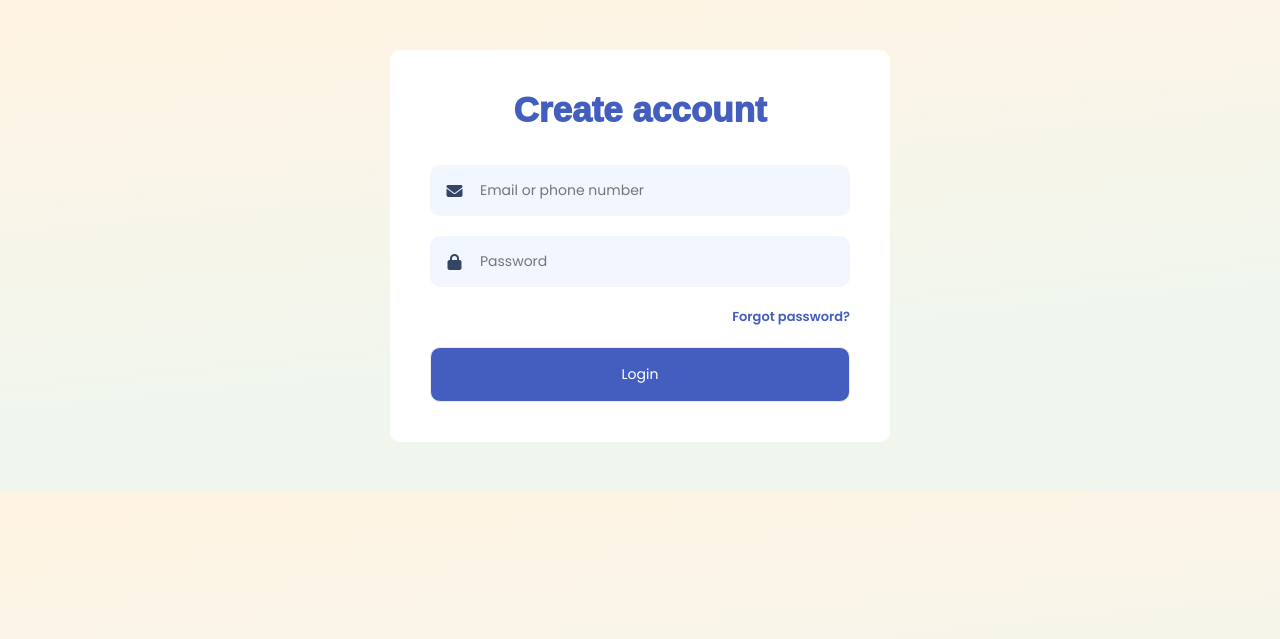
Repository: VuTuanAnh0949/loginForm
Page: index.html
These files come from the project's save history. The page is drawn as it stood at one moment and after the next save; the edit follows.
The browser window is 1280 px wide. The pictures show the whole page.

Above is the page before, as saved 2022-04-15 21:45:24.

### index.html
<!DOCTYPE html>
<html lang="en">
<head>
  <meta charset="UTF-8">
  <meta http-equiv="X-UA-Compatible" content="IE=edge">
  <meta name="viewport" content="width=device-width, initial-scale=1.0">
  <link
  href="https://fonts.googleapis.com/css2?family=Poppins:wght@300;400;600&display=swap"
  rel="stylesheet"
/>
<link rel="stylesheet" href="style.css">
<link rel="stylesheet" href="/fontawesome-free-6.1.1-web/css/all.css">
  <title>Login</title>
</head>
<body>
  <div class="login">
    <div class="login__heading">
      Create account
    </div>
    <div class="login-field">
      <i class="fa-solid fa-envelope login-icon"></i>
      <input type="email" class="login-input" placeholder="Email or phone number">
    </div>
    <div class="login-field">
      <i class="fa-solid fa-lock login-icon"></i>
      <input type="password" class="login-input" placeholder="Password">
    </div>
    <a href="#" class="login__forgot--password">Forgot password?</a>
    <button class="login-submit">Login</button>
  </div>
</body>
</html>

### style.css
html{
  font-size: 62.5%;
  font-family: "Poppins", sans-serif;
}
*{
box-sizing: border-box;
}
body{
  background-image: linear-gradient( 174.2deg,  rgba(255,244,228,1) 7.1%, rgba(240,246,238,1) 67.4% );
}
.login{
width: 500px;
margin: 50px auto;
padding: 40px;
background-color: white;
border-radius: 10px;
}
.login__heading{
  font-size: 35px;
  font-family: Arial, Helvetica, sans-serif;
  color: #435ebe;
  font-weight: 1000;
  text-align: center;
  padding-bottom: 35px;
}
.login-field{
  display: flex;
  align-items: center;
  background-color: #f2f7ff;
  padding: 15px;
  margin-bottom: 20px;
  border-radius: 10px;
}
.login-icon{
  color: #344667;
  font-size: 16px;
  width: 20px;
  text-align: center;

}
.login-input{
  font-family: "Poppins", sans-serif;
  border: 0;
  padding: 0 0 0 16px;
  background-color: transparent;
  width: 100%;
  outline: none;
  font-size: 14px;
}
.login-submit{
  color: white;
  border-radius: 10px;
  display: block;
  width: 100%;
  border: 0;
  padding: 16px 10px;
   background-color: #435ebe;
   font-size: 14px;
   font-family: "Poppins", sans-serif;
   cursor: pointer;
   outline: none;
   border: 1px solid #eee;
}
.login__forgot--password{
  display: block;
  text-decoration: none;
  text-align: right;
  margin-bottom: 20px;
  font-size: 13px;
  font-weight: 600;
  color: #435ebe;
  }

Loaded but not shown: fontawesome-free-6.1.1-web/css/all.css (library)

After the next save:
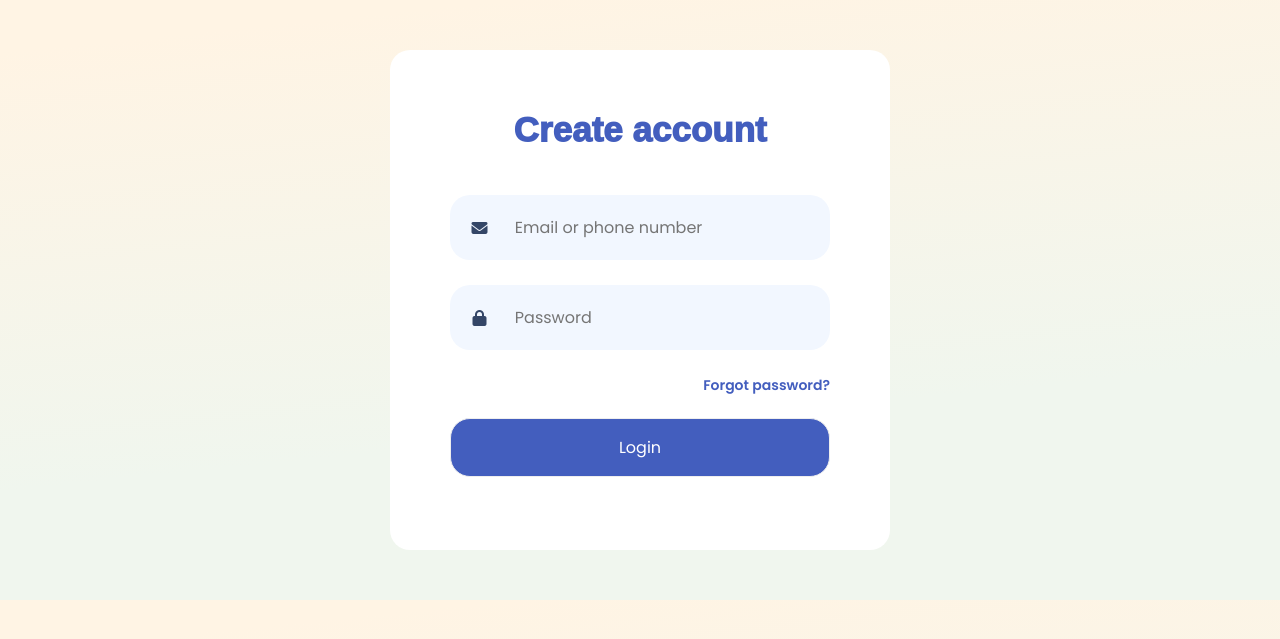
Saved 22 h 21 min later.
--- a/style.css
+++ b/style.css
@@ -1,6 +1,7 @@
 html{
   font-size: 62.5%;
   font-family: "Poppins", sans-serif;
+
 }
 *{
 box-sizing: border-box;
@@ -10,10 +11,11 @@ body{
 }
 .login{
 width: 500px;
+height: 500px;
 margin: 50px auto;
-padding: 40px;
+padding: 60px;
 background-color: white;
-border-radius: 10px;
+border-radius: 20px;
 }
 .login__heading{
   font-size: 35px;
@@ -21,41 +23,40 @@ border-radius: 10px;
   color: #435ebe;
   font-weight: 1000;
   text-align: center;
-  padding-bottom: 35px;
+  padding-bottom: 45px;
 }
 .login-field{
   display: flex;
   align-items: center;
   background-color: #f2f7ff;
-  padding: 15px;
-  margin-bottom: 20px;
-  border-radius: 10px;
+  padding: 20px;
+  margin-bottom: 25px;
+  border-radius: 20px;
 }
 .login-icon{
   color: #344667;
   font-size: 16px;
   width: 20px;
   text-align: center;
-
 }
 .login-input{
   font-family: "Poppins", sans-serif;
   border: 0;
-  padding: 0 0 0 16px;
+  padding: 0 0 0 26px;
   background-color: transparent;
   width: 100%;
   outline: none;
-  font-size: 14px;
+  font-size: 16px;
 }
 .login-submit{
   color: white;
-  border-radius: 10px;
+  border-radius: 20px;
   display: block;
   width: 100%;
   border: 0;
   padding: 16px 10px;
    background-color: #435ebe;
-   font-size: 14px;
+   font-size: 16px;
    font-family: "Poppins", sans-serif;
    cursor: pointer;
    outline: none;
@@ -65,8 +66,8 @@ border-radius: 10px;
   display: block;
   text-decoration: none;
   text-align: right;
-  margin-bottom: 20px;
-  font-size: 13px;
+  margin-bottom: 22px;
+  font-size: 14px;
   font-weight: 600;
   color: #435ebe;
   }
